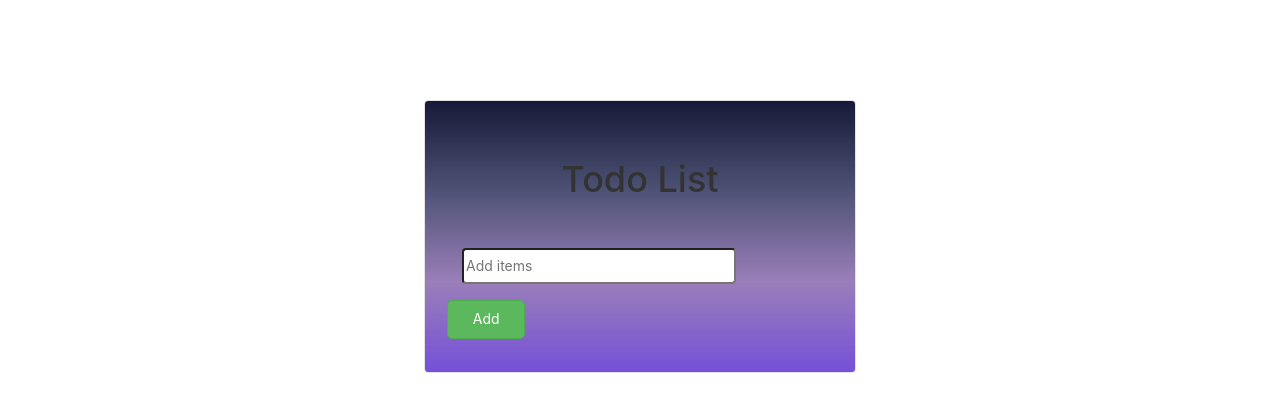
Repository: arpana23/Todo-list
Page: /
The author's editor kept a copy of each file at every save. The page is drawn from the files as they stood at one save, then again after the next save.
The browser window is 1280 px wide. The pictures show the whole page.
Some web libraries are served in a nearby version. The project was rebuilt for these pictures with package versions that can differ from the ones it lists, and the page was loaded fresh each time. Also part of the build but not shown: src/Todolist.js.

Above is the page before, as saved 2021-04-15 17:38:23.

After the next save:
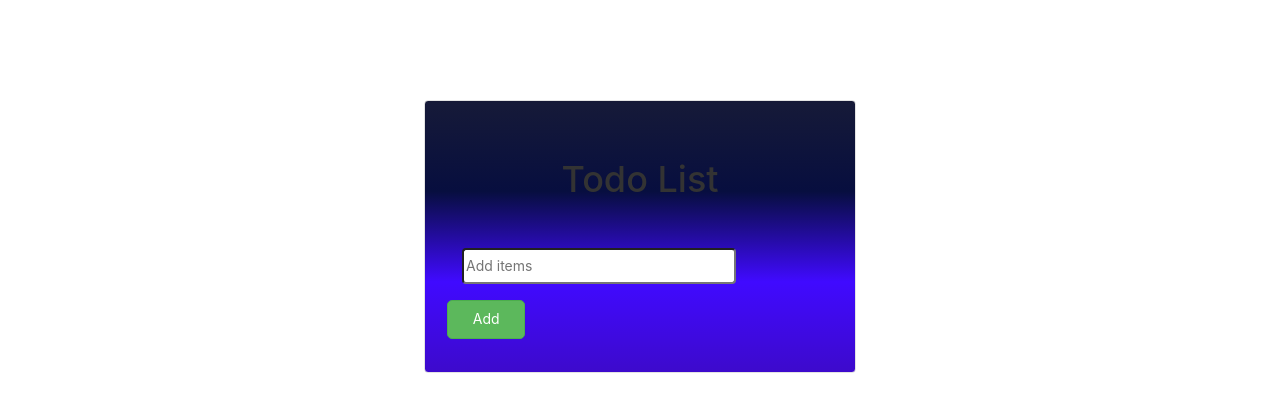
Saved 31 s later.
--- a/src/App.css
+++ b/src/App.css
@@ -16,7 +16,7 @@
 }
 
 .well {
-  background-image: linear-gradient(rgb(22, 26, 56),rgba(7, 14, 63,0.7),rgba(64, 10,127,0.5),rgba(61, 10, 204,0.7));
+  background-image: linear-gradient(rgb(22, 26, 56),rgb(7, 14, 63),rgba(64, 10,1270.7),rgb(61, 10, 204));
   width: 40%;
 }
 
